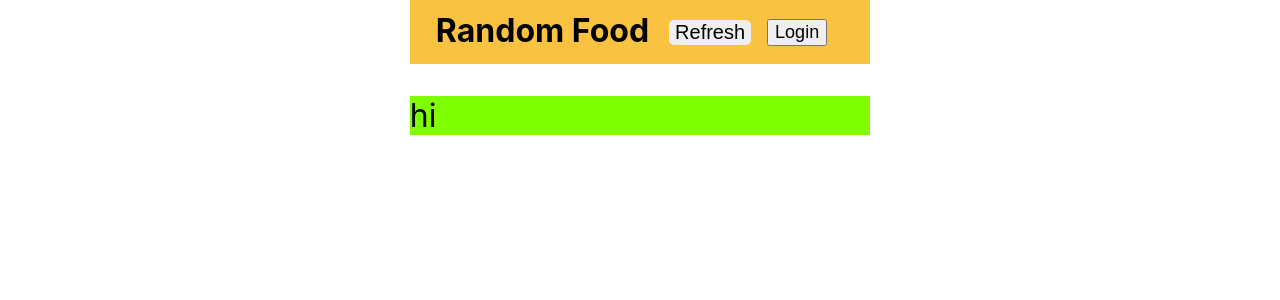
Repository: limjoohyun2030/random-food
Page: /random-food/home
These files come from the project's save history. The page is drawn as it stood at one moment and after a run of saves; the edit follows.
The browser window is 1280 px wide. The pictures show the whole page.
The page's requests for data from a server got no answer. The project was rebuilt for these pictures with package versions that can differ from the ones it lists, and the page was loaded fresh each time. A package was used in the major version that the imports need, not the one package.json lists. No one was signed in, and anything a server would have sent is missing. Also part of the build but not shown: src/components/food_detail/food_detail.module.css, src/components/food_detail/food_detail.jsx, src/components/food_item/food_item.module.css, src/components/food_item/food_item.jsx, src/components/login/login.module.css, src/components/login/login.jsx.

Above is the page before, as saved 2021-11-11 02:16:50.

### public/index.html
<!DOCTYPE html>
<html lang="en">
  <head>
    <meta charset="utf-8" />
    <link rel="icon" href="/images/foodIcon.ico" />
    <meta name="viewport" content="width=device-width, initial-scale=1" />
    <meta name="theme-color" content="#000000" />
    <meta
      name="description"
      content="Web site created using create-react-app"
    />

    <title>Random Food</title>
  </head>
  <body>
    <noscript>You need to enable JavaScript to run this app.</noscript>
    <div id="root"></div>
  </body>
</html>

### src/index.js
import React from "react";
import ReactDOM from "react-dom";
import "./index.css";
import App from "./app";
import AuthService from "./service/auth_service";

const authService = new AuthService();

ReactDOM.render(
  <React.StrictMode>
    <App authService={authService} />
  </React.StrictMode>,
  document.getElementById("root")
);

### src/index.css
body {
  margin: 0;
  padding: 0;
  font-family: -apple-system, BlinkMacSystemFont, "Segoe UI", "Roboto", "Oxygen",
    "Ubuntu", "Cantarell", "Fira Sans", "Droid Sans", "Helvetica Neue",
    sans-serif;
  -webkit-font-smoothing: antialiased;
  -moz-osx-font-smoothing: grayscale;
}

code {
  font-family: source-code-pro, Menlo, Monaco, Consolas, "Courier New",
    monospace;
}

* {
  box-sizing: border-box;
}

#root {
  display: flex;
  justify-content: center;
}

### src/app.jsx
import { useEffect, useState, useRef } from "react";
import { BrowserRouter, Route, Switch } from "react-router-dom";
import styles from "./app.module.css";
import FoodDetail from "./components/food_detail/food_detail";
import FoodList from "./components/food_list/food_list";
import Header from "./components/header/header";
import Login from "./components/login/login";


function App({ authService }) {
  const ref = useRef();
  const [foods, setFoods] = useState([]);
  const [isSelectedFood, setIsSelectedFood] = useState();
  const [isFoodOpen, setIsFoodOpen] = useState(false);
  const [isRefresh, setIsRefresh] = useState(false);

  const selectFood = (food) => {
    setIsSelectedFood(food);
  };

  const onRefreshClick = () => {
    setIsRefresh((oldstate) => !oldstate);
  };

  useEffect(() => {
    const myHeaders = new Headers();
    myHeaders.append("Content-Type", "application/json");

    const requestOptions = {
      method: "GET",
      headers: myHeaders,
      redirect: "follow",
    };

    fetch(
      "https://api.spoonacular.com/recipes/random?number=4&apiKey=92cedfb0b9e844679738e6c6c90cd453",
      requestOptions
    )
      .then((response) => response.json())
      .then((result) => setFoods(result.recipes))
      .catch((error) => console.log("error", error));
  }, [isRefresh]);

  useEffect(() => {
    const checkIfClickedOutside = (e) => {
      if (isFoodOpen && ref.current && !ref.current.contains(e.target)) {
        setIsFoodOpen(false);
      }
    };

    document.addEventListener("mousedown", checkIfClickedOutside);

    return () => {
      document.removeEventListener("mousedown", checkIfClickedOutside);
    };
  }, [isFoodOpen]);

  return (
    <div className={styles.app}>
      <BrowserRouter>
        <Switch>
          <Route
            exact
            path="/random-food/"
            render={() => <Login authService={authService} />}
          />

          <Route
            path="/random-food/home"
            render={() => (
              <div>
                <Header onRefreshClick={onRefreshClick} />
                <section>
                  <div className={styles.detail}>
                    {isFoodOpen && <FoodDetail food={isSelectedFood} />}
                  </div>

                  <div
                    className={styles.list}
                    onClick={() => setIsFoodOpen((oldstate) => !oldstate)}
                  >
                    <FoodList
                      foods={foods}
                      onFoodClick={selectFood}
                      ref={ref}
                    />
                  </div>
                </section>
              </div>
            )}
          />
          <Route path="*">
            <h2>Page Not Found</h2>
          </Route>
        </Switch>
      </BrowserRouter>
    </div>
  );
}

export default App;

### src/service/auth_service.js
import firebase from "firebase";
import firebaseApp from "./firebase";

class AuthService {
  login() {
    const authProvider = new firebase.auth.GoogleAuthProvider();
    return firebaseApp.auth().signInWithPopup(authProvider);
  }
}

export default AuthService;

### src/app.module.css
/* @value makerLightOrange from './common/colors.css'; */

.app {
  max-width: 100rem;
  /* background-image: url("https://image.freepik.com/free-photo/spaghetti-with-spicy-mixed-seafood-dark-background_1150-45297.jpg"); */
  background-repeat: no-repeat;
  background-size: 100vw 100vh;
}

.content {
  position: relative;
}

.detail {
  z-index: 2;
  /* margin: auto 0; */
  margin-top: 5px;
  height: 520px;
  width: auto;
  position: absolute;
  background-color: #dfe08e;
}

.list {
  /* visibility: hidden; */
  z-index: 1;
}

### src/components/food_list/food_list.jsx
import React from "react";
import FoodItem from "../food_item/food_item";
import styles from "./food_list.module.css";

const FoodList = React.forwardRef(({ foods, onFoodClick }, ref) => {
  return (
    <section>
      <ul className={styles.foods}>
        {foods &&
          foods.map((food) => (
            <FoodItem
              key={food.id}
              food={food}
              onFoodClick={onFoodClick}
              ref={ref}
            />
          ))}
      </ul>
      <div className={styles.sidebars}>hi</div>
    </section>
  );
});

export default FoodList;

### src/components/header/header.jsx
import styles from "./header.module.css";
import React from "react";

const Header = ({ onRefreshClick }) => {
  return (
    <header className={styles.header}>
      <div className={styles.leftbox}>
        {/* <img
          className={styles.foodIcon}
          src="https://github.com/Sweetpotatopizza/random-food/blob/main/public/images/reloadIcon.png"
          alt="logo"
        /> */}
        <h1 className={styles.title}>Random Food</h1>
        <button className={styles.reloadBox} onClick={onRefreshClick}>
          Refresh
          {/* <img
            className={styles.reloadBtn}
            src="/images/reload.png"
            alt="reload"
          /> */}
        </button>
      </div>
      {/* fontawesome needed */}
      <div className={styles.rightbox}>
        {/* <button className={styles.like}>Like</button> */}
        <button className={styles.login}>Login</button>
      </div>
    </header>
  );
};

export default Header;

### src/service/firebase.js
// Import the functions you need from the SDKs you need
// import { initializeApp } from "firebase/app";
import firebase from "firebase";

// TODO: Add SDKs for Firebase products that you want to use
// https://firebase.google.com/docs/web/setup#available-libraries

// Your web app's Firebase configuration
// For Firebase JS SDK v7.20.0 and later, measurementId is optional
const firebaseConfig = {
  apiKey: process.env.REACT_APP_FIREBASE_API_KEY,
  authDomain: process.env.REACT_APP_FIREBASE_AUTH_DOMAIN,
  databaseURL: process.env.REACT_APP_FIREBASE_DB_URL,
  projectId: process.env.REACT_APP_FIREBASE_PROJECT_ID,
  appId: process.env.REACT_APP_FIREBASE_APP_ID,
};

// console.log(process.env.REACT_APP_FIREBASE_API_KEY);
// Initialize Firebase
const firebaseApp = firebase.initializeApp(firebaseConfig);
export default firebaseApp;

### src/components/food_list/food_list.module.css
.foods {
  display: flex;
  flex-wrap: wrap;
  list-style: none;
  justify-content: center;
  align-items: center;
  width: 80%;
  margin: 1em auto;
  padding: 0;
}

.sidebars {
  background-color: chartreuse;
  font-size: 2em;
}

@media screen and (max-width: 769px) {
  .foods {
    flex-direction: column;
    flex-wrap: nowrap;
    width: 100%;
  }
}

### src/components/header/header.module.css
/* @value makerOrange from '../../common/colors.css'; */

.header {
  display: flex;
  height: 4rem;
  padding: 0.8em 1em;
  background-color: #fac241;
  align-items: center;
  justify-content: space-between;
}

.leftbox {
  display: flex;
  align-items: center;
  margin-right: 1em;
}

.title {
  margin-top: 19px;
  margin-left: 10px;
}

.foodIcon {
  width: 50px;
  height: 50px;
}

.reloadBox {
  font-size: 20px;
  border-radius: 5px;
  border: none;
  margin-left: 1em;
  transition: transform 200ms ease-in-out;
}

.reloadBox:hover {
  cursor: pointer;
  transform: scale(1.07);
}

.reloadBtn {
  width: 40px;
  height: 40px;
}

.reloadBtn:hover {
  cursor: pointer;
  animation-name: spin;
  animation-duration: 2000ms;
  animation-iteration-count: infinite;
  animation-timing-function: linear;
}

@keyframes spin {
  from {
    transform: rotate(0deg);
  }
  to {
    transform: rotate(360deg);
  }
}

.like {
  margin-right: 1.5em;
  font-size: large;
  cursor: pointer;
  transition: transform 200ms ease-in-out;
}

.like:hover {
  transform: scale(1.07);
}

.login {
  margin-right: 1.5em;
  font-size: large;
  cursor: pointer;
  transition: transform 200ms ease-in-out;
}

.login:hover {
  transform: scale(1.07);
}

After the next 2 saves:
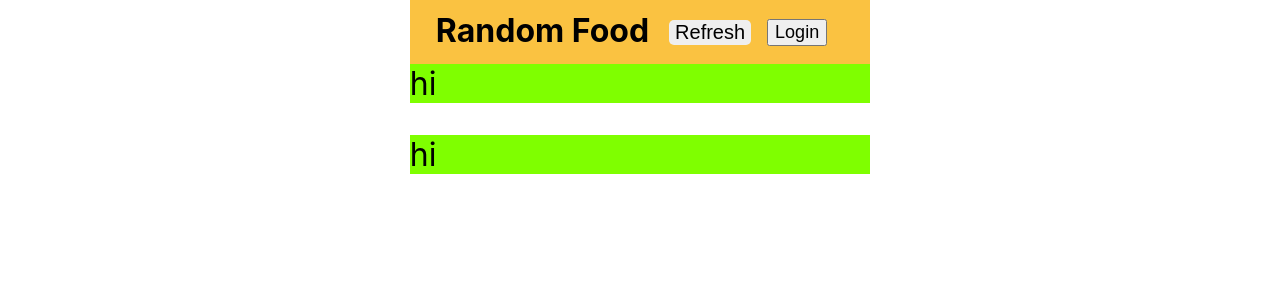
The 2 saves are shown as one change because they came seconds apart.
The last was saved 17 s later.
--- a/src/components/food_list/food_list.jsx
+++ b/src/components/food_list/food_list.jsx
@@ -5,6 +5,7 @@ import styles from "./food_list.module.css";
 const FoodList = React.forwardRef(({ foods, onFoodClick }, ref) => {
   return (
     <section>
+      <div className={styles.sidebars}>hi</div>
       <ul className={styles.foods}>
         {foods &&
           foods.map((food) => (
